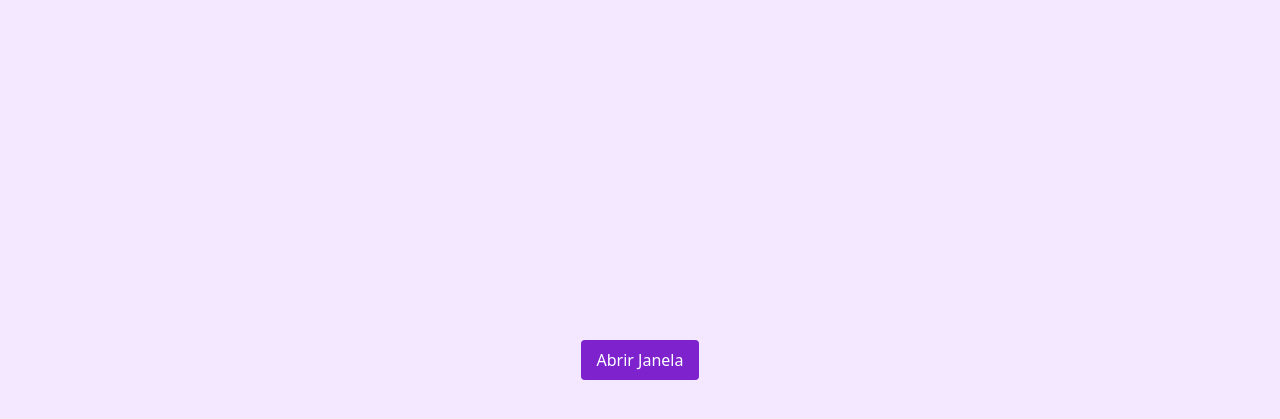
Repository: vndp/Dom_lab
Page: Praticando/index.html
The author's editor kept a copy of each file at every save. The page is drawn from the files as they stood at one save, then again after a run of saves.
The browser window is 1280 px wide. The pictures show the whole page.
Some web libraries are served in a nearby version.

Above is the page before, as saved 2022-07-19 12:28:32.

### Praticando/index.html
<!DOCTYPE html>
<html lang="pt-br">
<head>
    <meta charset="UTF-8">

    <meta name="viewport"
    content="width=device-width,
  initial-scale=1.0">
    <title>Dom eventos</title>

    <script src="https://cdn.tailwindcss.com"></script>

</head>
<body class="h-screen bg-purple-100
flex flec-col items-center justify-center">

    <button
    id="openModal"
    class="bg-purple-700 text-white py-2
    px-4 rounded">
    Abrir Janela

</button>


<div class="modal-wrapper invisible fixed bg-gray-500 w-screen h-screen flex itens-center justify-center">
  <div class="p-8 bg-white text-center
   rounded">
      Tecle ESC para fechar

</div>

<script src="events.js"></script>

</body>
</html>

### Praticando/events.js
//Pegar os elementos em que eu vou trabalhar

const buttonOpenModal = document.getElementById
('openModal')

const modalWrapper = document.querySelector('.modal-modalWrapper')


buttonOpenModal.onclick = function() {
    modalWrapper
    .classList.remove('invisible')
}

document.addEventListener('keydown', function(event) {
    const isEscKey = event.key ==='Escape'

    if(isEscKey){
        modalWrapper.classList.add('invisible')
    }
})

After the next 2 saves:
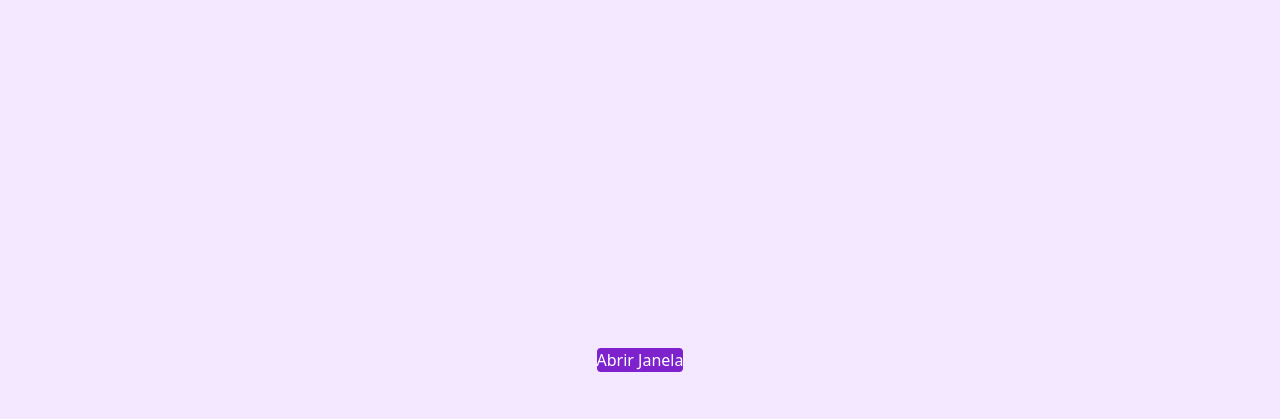
The 2 saves are shown as one change because they came seconds apart.
The last was saved 9 s later.
--- a/Praticando/index.html
+++ b/Praticando/index.html
@@ -16,8 +16,7 @@
 
     <button
     id="openModal"
-    class="bg-purple-700 text-white py-2
-    px-4 rounded">
+    class="bg-purple-700 text-white py-2px-4 rounded">
     Abrir Janela
 
 </button>

After the save that followed:
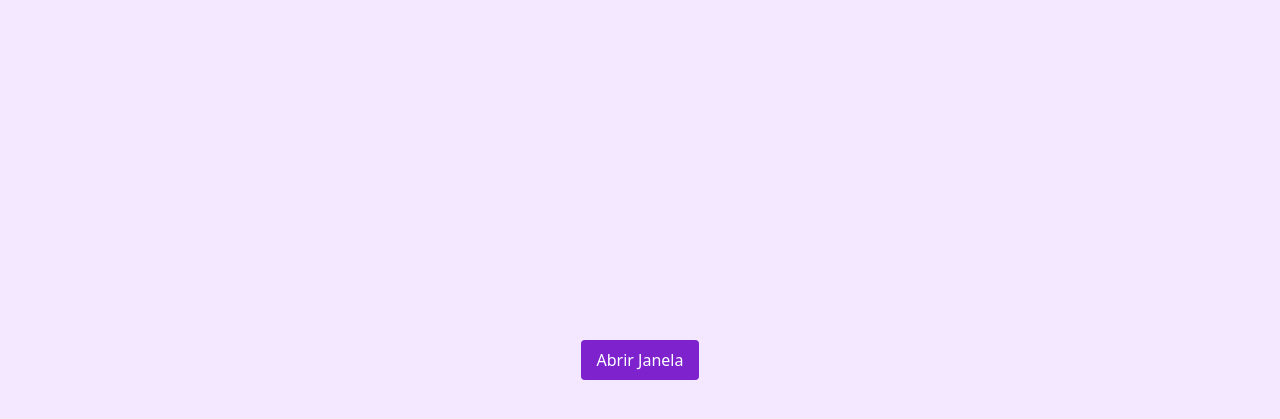
Saved 4 s later.
--- a/Praticando/index.html
+++ b/Praticando/index.html
@@ -16,7 +16,7 @@
 
     <button
     id="openModal"
-    class="bg-purple-700 text-white py-2px-4 rounded">
+    class="bg-purple-700 text-white py-2 px-4 rounded">
     Abrir Janela
 
 </button>
